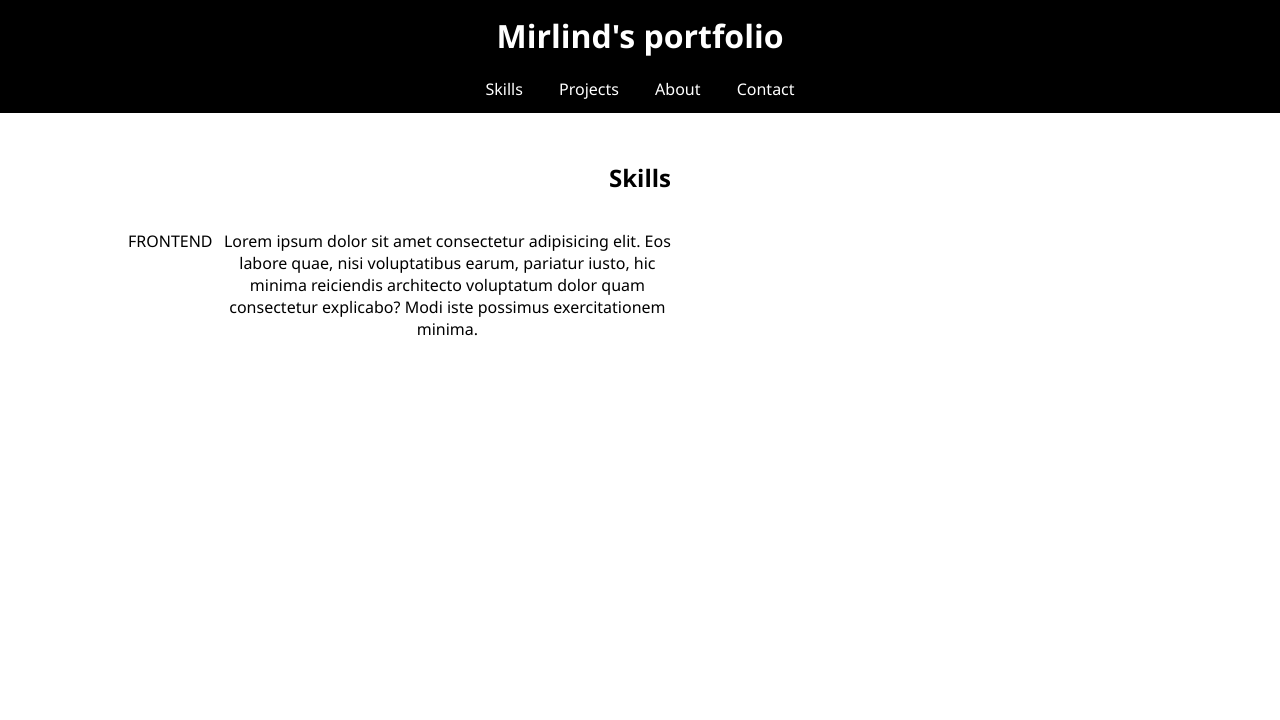
Repository: mirkbirki/mirkbirki.github.io
Page: index.html
The author's editor kept a copy of each file at every save. The page is drawn from the files as they stood at one save, then again after the next save.
The browser window is 1280 px wide. The pictures show the whole page.

Above is the page before, as saved 2022-11-23 11:54:43.

### index.html
<!DOCTYPE html>
<html lang="en">
<head>
    <meta charset="UTF-8">
    <meta http-equiv="X-UA-Compatible" content="IE=edge">
    <meta name="viewport" content="width=device-width, initial-scale=1.0">
    <title>Mirlind's portfolio</title>
    <link rel="stylesheet" href="styles.css">
</head>
<body>
    <header>
        <div class="header-bar">
            <h1>Mirlind's portfolio</h1>
            <nav>
                <ul>
                    <li><a href="#skills">Skills</a></li>
                    <li><a href="#projects">Projects</a></li>
                    <li><a href="#about">About</a></li>
                    <li><a href="#contact">Contact</a></li>
                </ul>
            </nav>
        </div>
        <div id="skills">
            <h2>Skills</h2>
            <div class="grid-container-skills">
                <div class="grid-skills-1">
                    <p>FRONTEND
                    </p>
                </div>
                <div class="grid-skills-2">
                    <p>Lorem ipsum dolor sit amet consectetur adipisicing elit. Eos labore quae, nisi voluptatibus earum, pariatur iusto, hic minima reiciendis
                        architecto voluptatum dolor quam consectetur explicabo? Modi iste possimus exercitationem minima.
                        </p>
                </div>
            </div>
        </div>
    </header>
</body>
</html>

### styles.css
* {
  font-family:'Segoe UI', Tahoma, Geneva, Verdana, sans-serif;
}

body {
  margin: 0;
}

/* HEADER */

.header-bar {
  width: 100%;
  height: fit-content;
  background-color: black;
  border-top: 1px solid rgb(0, 0, 0);
  text-align: center;
}

.header-bar h1 {
  color: white;
  padding: 0;
  margin-top: 0.8rem;
}

nav ul {
  list-style-type: none;
  margin: 0 auto;
  padding: 0 0 0.8rem 0;
}

nav li {
  display: inline-block;
  padding-right: 1rem;
  margin-left: 1rem;
}

nav a {
  text-decoration: none;
  color: white;
}

nav a:hover {
  color: gray;
}

/* SKILLS */

#skills {
  width: 80%;
  margin: 3rem auto;
  text-align: center;
}

.grid-container-skills {
  display: grid;
  grid-template-columns: auto auto;
  margin: 0 auto;
}

.grid-skills-1 {
  width: 50%;
}

.grid-skills-2 {
  width: 50%;
}

@media screen and (max-width: 340px) {
  nav li {
    padding-right: 0.5rem;
    margin-left: 0.5rem;
  }
}

After the next save:
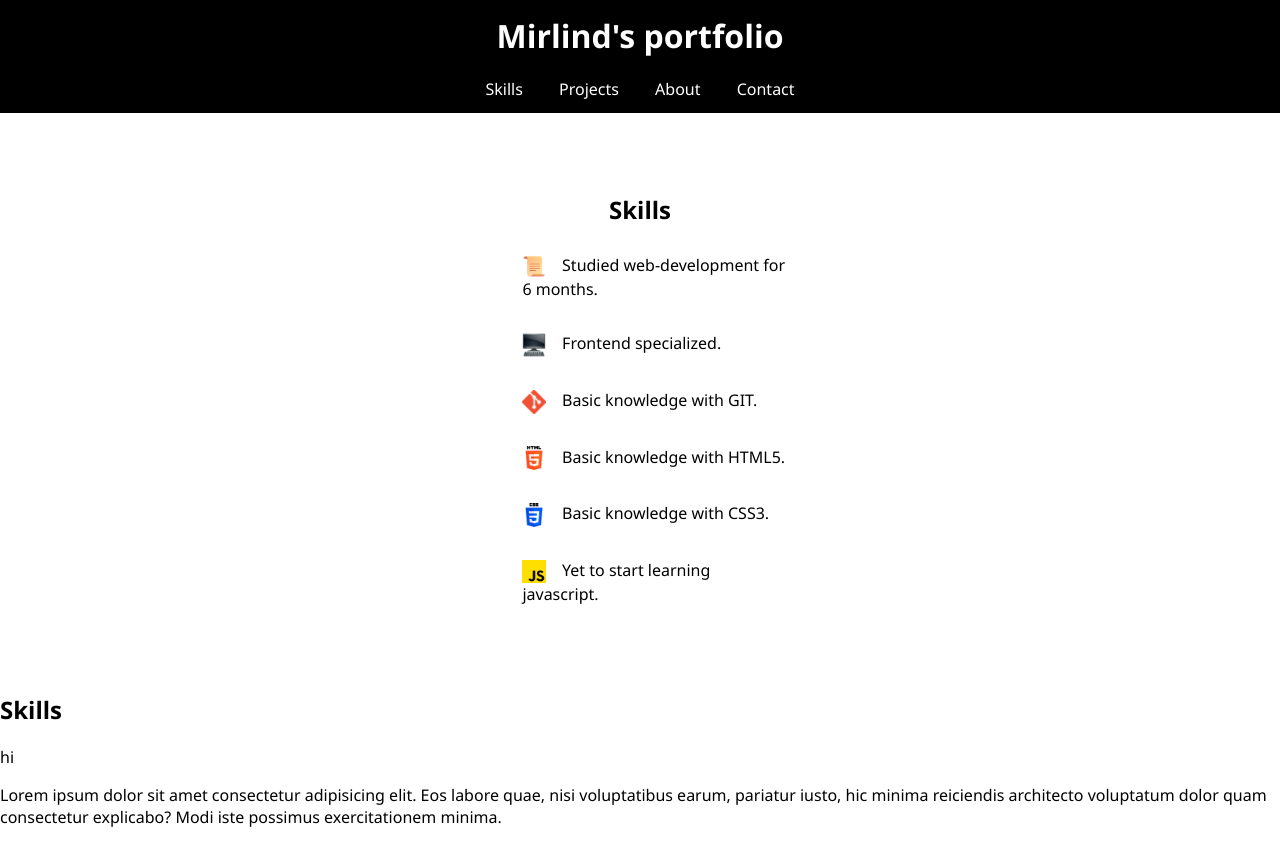
Saved 69 min 54 s later.
--- a/index.html
+++ b/index.html
@@ -22,12 +22,23 @@
         </div>
         <div id="skills">
             <h2>Skills</h2>
+            <div class="left-aligned-text">
+                <p class="skills-text"><img class="img-skills" src="scroll.png" />Studied web-development for 6 months.</p>
+                <p class="skills-text"><img class="img-skills" src="desktop-computer.png" />Frontend specialized.</p>
+                <p class="skills-text"><img class="img-skills" src="git.png" />Basic knowledge with GIT.</p>
+                <p class="skills-text"><img class="img-skills" src="html5.png" />Basic knowledge with HTML5.</p>
+                <p class="skills-text"><img class="img-skills" src="css3.png" />Basic knowledge with CSS3.</p>
+                <p class="skills-text"><img class="img-skills" src="js.png" />Yet to start learning javascript.</p>
+            </div>
+        </div>
+        <div id="projects">
+            <h2>Skills</h2>
             <div class="grid-container-skills">
-                <div class="grid-skills-1">
-                    <p>FRONTEND
+                <div class="grid-project-1">
+                    <p>hi
                     </p>
                 </div>
-                <div class="grid-skills-2">
+                <div class="grid-project-2">
                     <p>Lorem ipsum dolor sit amet consectetur adipisicing elit. Eos labore quae, nisi voluptatibus earum, pariatur iusto, hic minima reiciendis
                         architecto voluptatum dolor quam consectetur explicabo? Modi iste possimus exercitationem minima.
                         </p>
--- a/styles.css
+++ b/styles.css
@@ -47,22 +47,45 @@ nav a:hover {
 
 #skills {
   width: 80%;
-  margin: 3rem auto;
+  margin: 5rem auto;
+  font-size: 16px;
+}
+
+#skills h2 {
   text-align: center;
 }
 
-.grid-container-skills {
-  display: grid;
-  grid-template-columns: auto auto;
+.left-aligned-text {
+  width: 30%;
+  text-align: left;
   margin: 0 auto;
 }
 
-.grid-skills-1 {
-  width: 50%;
+.skills-text {
+  padding: 0.5rem;
+  margin-left: 1.75rem;
 }
 
-.grid-skills-2 {
-  width: 50%;
+.img-skills {
+  width: 9%;
+  padding-right: 1rem;
+  vertical-align: middle;
+}
+
+.grid-container-projects {
+  display: grid;
+  grid-template-columns: auto auto;
+  grid-template-rows: auto;
+  text-align: center;
+  height: 100%;
+  margin: 0 auto;
+  gap: 2em;
+}
+
+.grid-project-1 {
+}
+
+.grid-project-2 {
 }
 
 @media screen and (max-width: 340px) {
